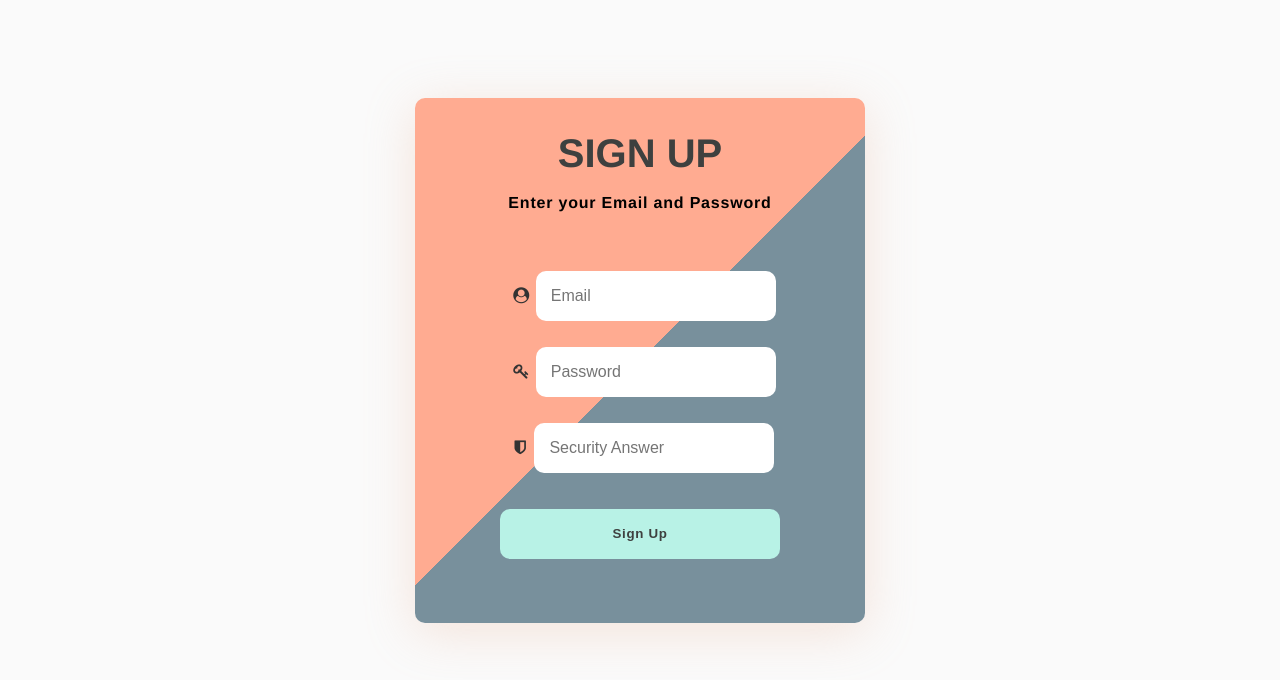
Repository: DhanushPrabha22/Zoho-Mini-Project
Page: http://localhost/ToDo_List/sign_up.jsp
An editor plug-in stored every save of this project. The page is shown before and after the next save, followed by the edit.
The browser window is 1280 px wide. The pictures show the whole page.
Some web libraries are served in a nearby version. The page is served by Tomcat 9.

Above is the page before, as saved 2021-03-17 10:35:41.

After the next save:
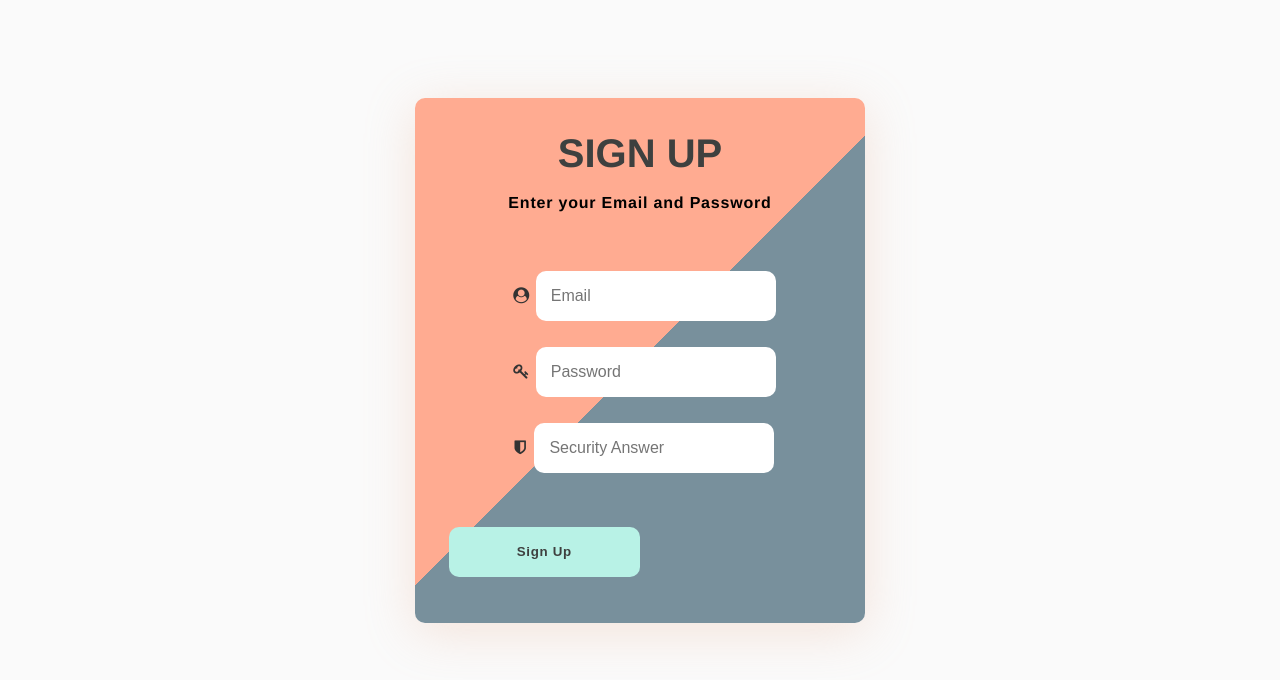
Saved 5 min 4 s later.
--- a/Todo Eclipse/ToDo_List/WebContent/sign_up.jsp
+++ b/Todo Eclipse/ToDo_List/WebContent/sign_up.jsp
@@ -51,8 +51,10 @@ Created By Dhanush L
 					</div>
 					<html:text styleClass="form-input" property="security" styleId="sec"/>
 
-					<br><br><br>
-					<html:submit styleClass="sign-up button" value="Sign Up"/>
+					<div class="other">
+						<br><br><br>
+						<html:submit styleClass="sign-up submits button" value="Sign Up"/>
+					</div>
 				</html:form>
 			</div>
 		<!--   End Container  -->
